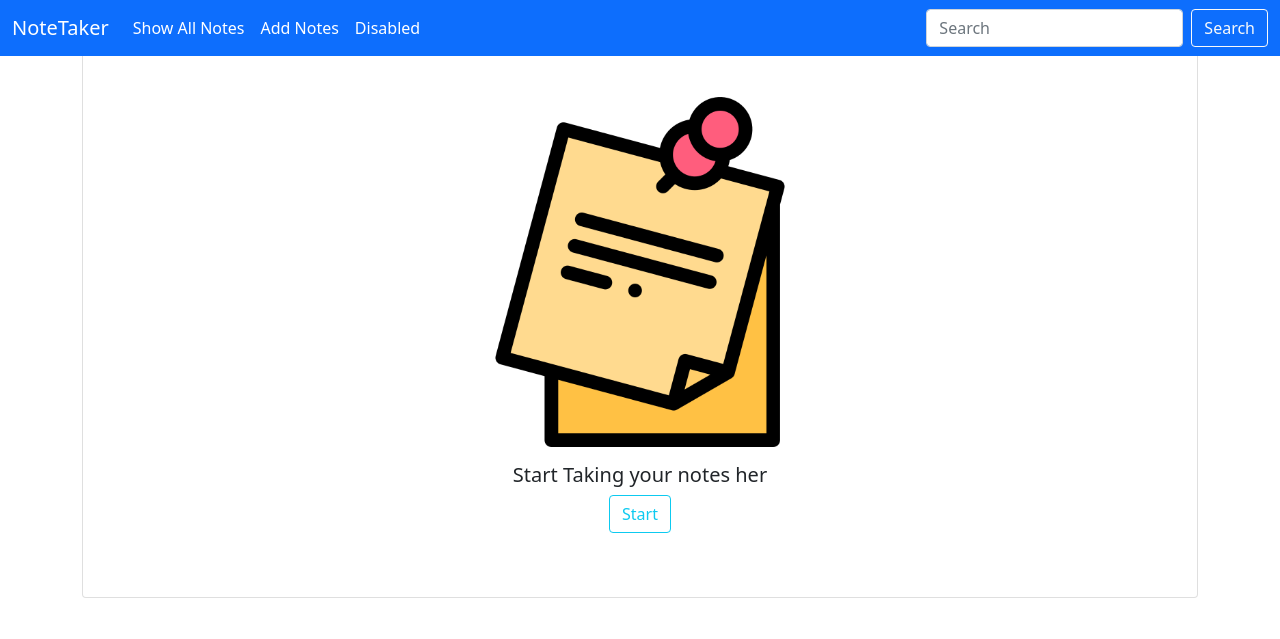
Repository: Shubham-Kumar-cmd/Hibernate
Page: http://localhost/NoteTakerApp/
The author's editor kept a copy of each file at every save. The page is drawn from the files as they stood at one save, then again after the next save.
The browser window is 1280 px wide. The pictures show the whole page.
The page is served by Tomcat 9. Other server files are loaded and not shown.

Above is the page before, as saved 2023-02-08 08:52:01.

### NoteTakerApp/src/main/webapp/index.jsp
<%@ page language="java" contentType="text/html; charset=ISO-8859-1"
	pageEncoding="ISO-8859-1"%>
	<%@include file="header.jsp" %>
<!DOCTYPE html>
<html>
<head>
<meta charset="ISO-8859-1">
<link
	href="https://cdn.jsdelivr.net/npm/bootstrap@5.0.2/dist/css/bootstrap.min.css"
	rel="stylesheet"
	integrity="sha384-EVSTQN3/azprG1Anm3QDgpJLIm9Nao0Yz1ztcQTwFspd3yD65VohhpuuCOmLASjC"
	crossorigin="anonymous">
<title>Header</title>
</head>
<body>

	<div class="container text-center">
		<div class="card my-5 py-5">
		  <img src="img/sticky-notes.png" style="max-width: 350px;" class="img-fluid mx-auto" alt="...">
		  <div class="card-body">
		    <h5 class="card-title">Start Taking your notes her</h5>
		    <a href="addNotes.jsp" class="btn btn-outline-info">Start</a>
		  </div>
		</div>
	</div>

</body>
</html>

### NoteTakerApp/src/main/webapp/header.jsp
<%@ page language="java" contentType="text/html; charset=ISO-8859-1"
	pageEncoding="ISO-8859-1"%>
<!DOCTYPE html>
<html>
<head>
<meta charset="ISO-8859-1">
<link
	href="https://cdn.jsdelivr.net/npm/bootstrap@5.0.2/dist/css/bootstrap.min.css"
	rel="stylesheet"
	integrity="sha384-EVSTQN3/azprG1Anm3QDgpJLIm9Nao0Yz1ztcQTwFspd3yD65VohhpuuCOmLASjC"
	crossorigin="anonymous">
<title>Header</title>
</head>
<body>
	<nav class="navbar navbar-expand-lg navbar-primary bg-primary fixed-top">
		<div class="container-fluid">
			<a class="navbar-brand text-white" href="index.jsp">NoteTaker</a>

			<div class="collapse navbar-collapse" id="navbarSupportedContent">
				<ul class="navbar-nav me-auto mb-2 mb-lg-0">
					<li class="nav-item"><a class="nav-link active text-white"
						aria-current="page" href="showAllNotes.jsp">Show All Notes</a></li>
					<li class="nav-item"><a class="nav-link text-white" href="addNotes.jsp">Add Notes</a></li>

					<li class="nav-item"><a class="nav-link text-white" href="#"
						tabindex="-1" aria-disabled="false">Disabled</a></li>
				</ul>
				<form class="d-flex">
					<input class="form-control me-2" type="search" placeholder="Search"
						aria-label="Search">
					<button class="btn btn-outline-light" type="submit">Search</button>
				</form>
			</div>
		</div>
	</nav>
</body>
</html>

After the next save:
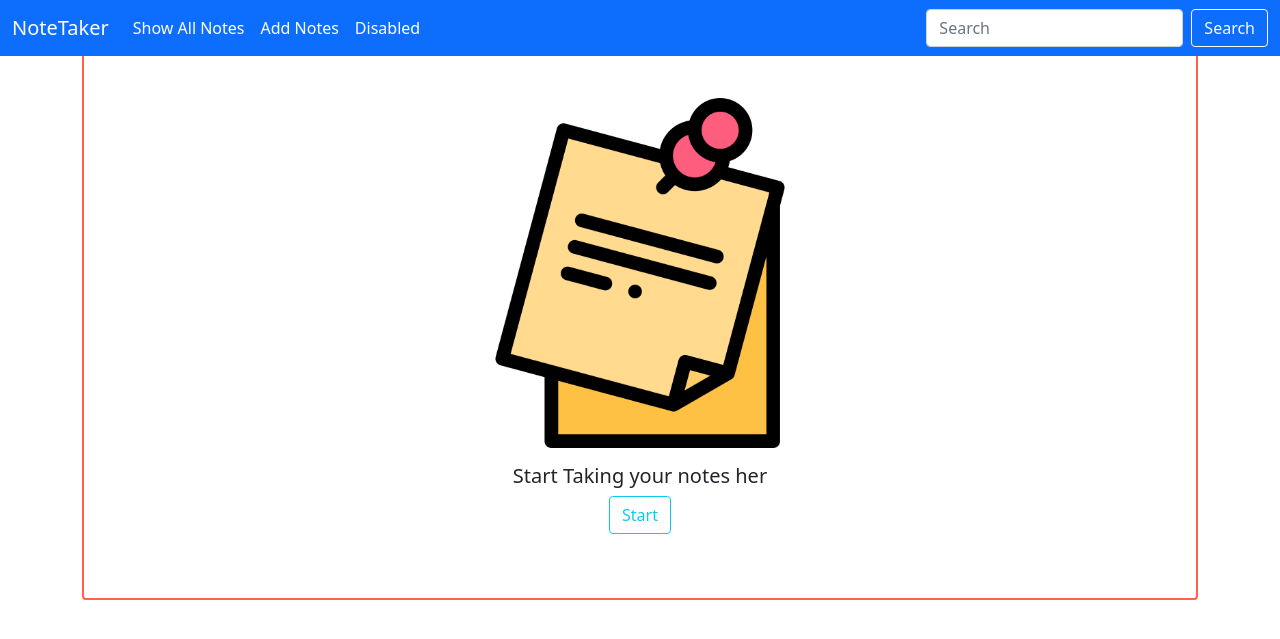
Saved 15 s later.
--- a/NoteTakerApp/src/main/webapp/index.jsp
+++ b/NoteTakerApp/src/main/webapp/index.jsp
@@ -15,7 +15,7 @@
 <body>
 
 	<div class="container text-center">
-		<div class="card my-5 py-5">
+		<div class="card my-5 py-5" style="border:2px solid Tomato;">
 		  <img src="img/sticky-notes.png" style="max-width: 350px;" class="img-fluid mx-auto" alt="...">
 		  <div class="card-body">
 		    <h5 class="card-title">Start Taking your notes her</h5>
